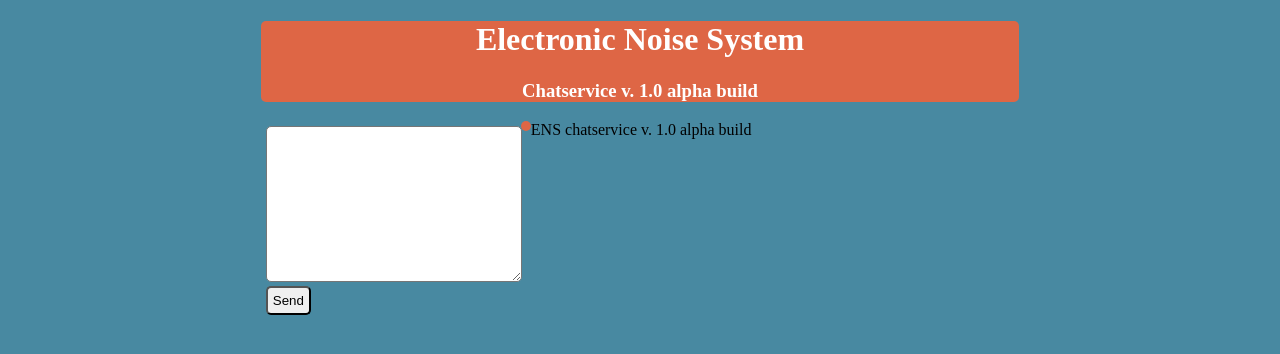
Repository: kn222gp/1dv403-laborationer
Page: 2-labbymezzage/index.html
The author's editor kept a record of every edit. The page is drawn from the files as they stood at one moment, then again after the next edit.
The browser window is 1280 px wide. The pictures show the whole page.

Above is the page before.

After the next edit:
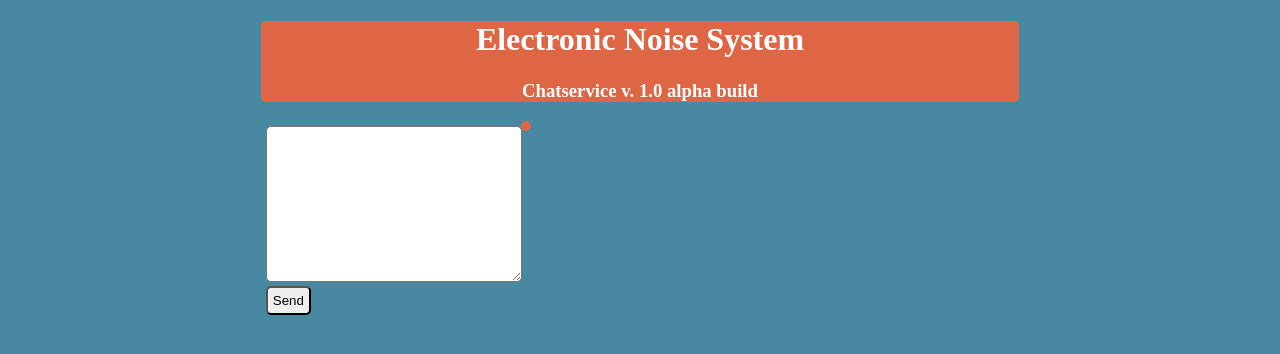
The edit:
--- a/2-labbymezzage/index.html
+++ b/2-labbymezzage/index.html
@@ -24,8 +24,7 @@
 
     </section>
 
-    <footer>
-        <p>ENS chatservice v. 1.0 alpha build</p>
-    </footer>
+
 </body>
+
 </html>
